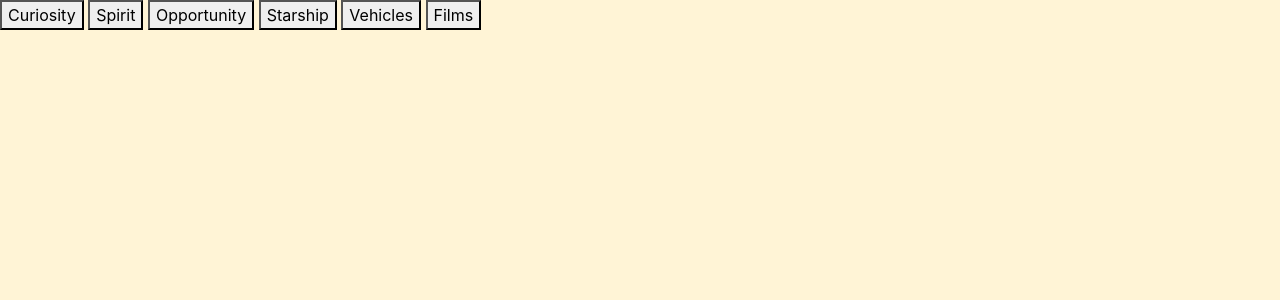
Repository: romqrq/Red-Planet-Explorer
Page: index.1.html
The author's editor kept a record of every edit. The page is drawn from the files as they stood at one moment, then again after the next edit.
The browser window is 1280 px wide. The pictures show the whole page.
Some web fonts or font styles are not loaded; a fallback is used. Some web libraries are served in a nearby version.

Above is the page before.

After the next edit:
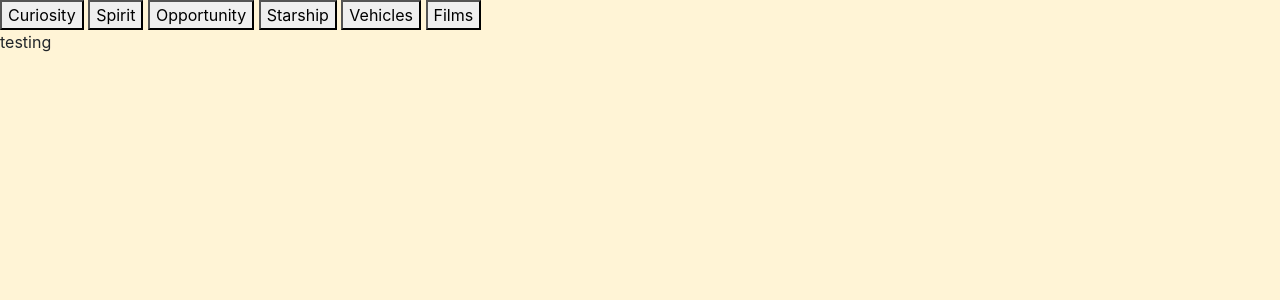
The edit:
--- a/index.1.html
+++ b/index.1.html
@@ -25,7 +25,8 @@
     <button onclick="writeLatestToDocument('curiosity')">Starship</button>
     <button onclick="writeToDocument('vehicles')">Vehicles</button>
     <button onclick="writeManifestToDocument()">Films</button>
-    <div onload=writeWeatherToDocument()>
+    <div>
+        <p onload=writeWeatherToDocument()>testing</p>
         <div id="dataWeather"></div>
     </div>
 </body>
